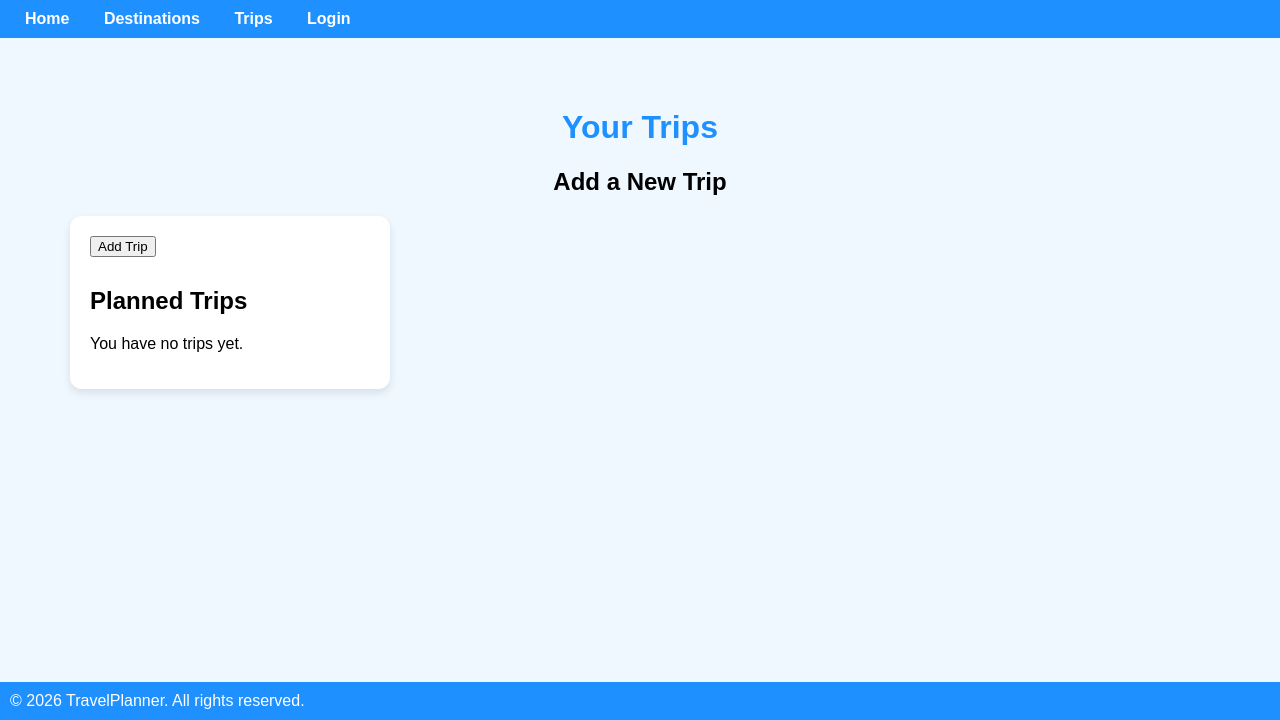
Repository: OCEANIC7/GROUP9
Page: travelplanner/planner/templates/planner/trips.html
The author's editor kept a copy of each file at every save. The page is drawn from the files as they stood at one save, then again after a run of saves.
The browser window is 1280 px wide. The pictures show the whole page.
The template is drawn by Django 5.2. The application's start-up code is not run. Other server files are loaded and not shown. The template is opened directly, without the code that normally fills it, so the values that code supplies are empty.

Above is the page before, as saved 2026-02-03 02:43:33.

### travelplanner/planner/templates/planner/trips.html
{% extends 'planner/base.html' %}

{% block title %}Trips - TravelPlanner{% endblock %}

{% block content %}
<h1>Your Trips</h1>

<h2>Add a New Trip</h2>
<div class="trip-card" style="max-width:400px; margin:20px">
<form method="POST" style="margin-bottom:30px;">
    {% csrf_token %}
    {{ form.as_p }}
    <button type="submit" class="button">Add Trip</button>
</form>

<h2>Planned Trips</h2>

{% if trips %}
<div class="card-container">
    {% for trip in trips %}
    <div class="trip-card">
        <h3>📍 {{ trip.destination.name }}</h3>

        <div class="trip-dates">
            🗓 {{ trip.start_date|date:"M d, Y" }}
            →
            {{ trip.end_date|date:"M d, Y" }}
        </div>

        {% if trip.notes %}
        <p>📝 {{ trip.notes|truncatewords:15 }}</p>
        {% endif %}

        <div class="trip-actions">
            <a href="{% url 'edit_trip' trip.id %}" class="edit">✏️ Edit</a>
            <a href="{% url 'delete_trip' trip.id %}" class="delete">🗑️ Delete</a>
        </div>
    </div>
    {% endfor %}
</div>
{% else %}
<p>You have no trips yet.</p>
{% endif %}

</div>
{% endblock %}

### travelplanner/planner/templates/planner/base.html
<!DOCTYPE html>
<html lang="en">
<head>
    <meta charset="UTF-8">
    <meta name="viewport" content="width=device-width, initial-scale=1.0">
    <title>{% block title %}TravelPlanner{% endblock %}</title>
    <style>
        body { font-family: Arial, sans-serif; background-color: #f0f8ff; margin: 0; padding: 0; }
        nav { background-color: #1e90ff; padding: 10px; }
        nav a { color: #fff; text-decoration: none; margin: 0 15px; font-weight: bold; }
        nav a:hover { color: #ffd700; }
        .container { padding: 50px; text-align: center; }
        h1 { color: #1e90ff; }
        footer { background-color: #1e90ff; color: #fff; padding: 10px; position: fixed; bottom: 0; width: 100%; }
        a.button { text-decoration: none; color: #fff; background-color: #1e90ff; padding: 10px 20px; border-radius: 5px; }
        a.button:hover { background-color: #104e8b; }

        .card-container {
    display: flex;
    flex-wrap: wrap;
    gap: 20px;
    justify-content: center;
}

.trip-card {
    background: white;
    width: 280px;
    padding: 20px;
    border-radius: 12px;
    box-shadow: 0 4px 8px rgba(0,0,0,0.1);
    text-align: left;
}

.trip-card h3 {
    margin-top: 0;
    color: #1e90ff;
}

.trip-dates {
    font-size: 14px;
    color: #555;
    margin-bottom: 10px;
}

.trip-actions a {
    margin-right: 10px;
    text-decoration: none;
    font-weight: bold;
}

.trip-actions a.edit {
    color: green;
}

.trip-actions a.delete {
    color: red;
}

    </style>
</head>
<body>
    <nav>
        <a href="{% url 'home' %}">Home</a>
        <a href="{% url 'destinations' %}">Destinations</a>
        <a href="{% url 'trips' %}">Trips</a>
        <a href="{% url 'login' %}">Login</a>
    </nav>
    <div class="container">
        {% block content %}{% endblock %}
    </div>
    <footer>
        &copy; 2026 TravelPlanner. All rights reserved.
    </footer>
</body>
</html>

After the next 2 saves:
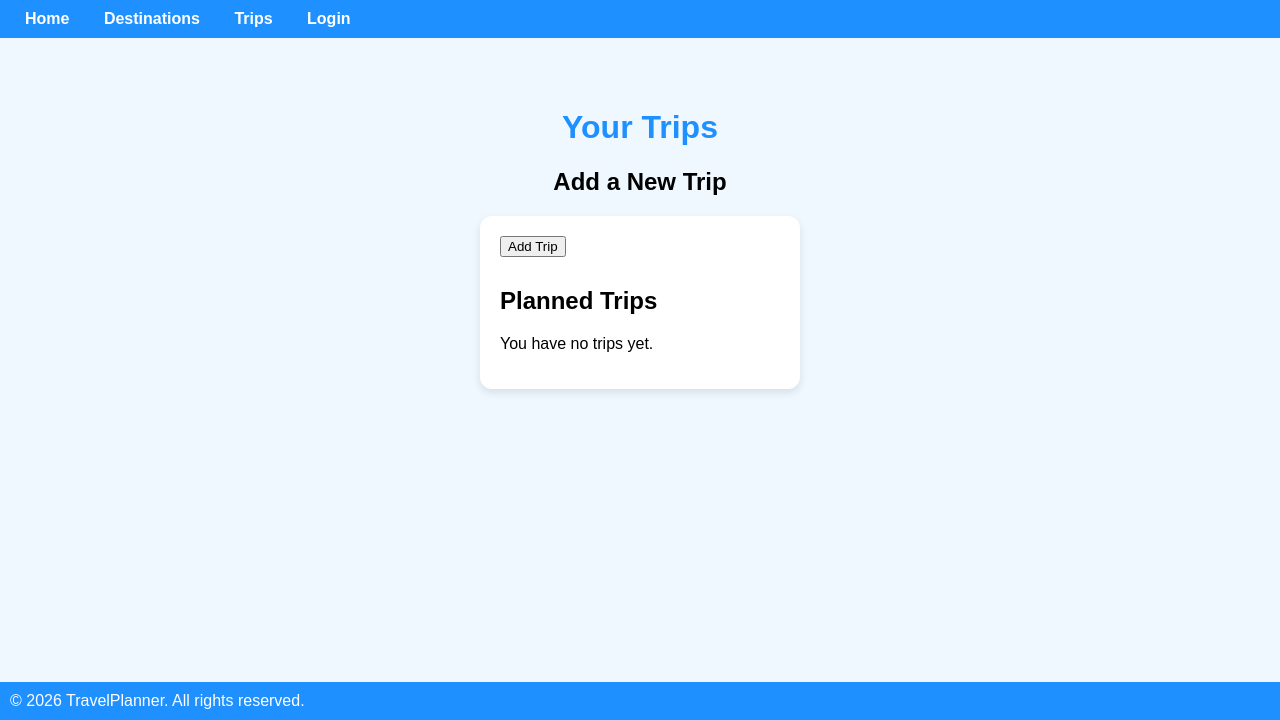
The 2 saves are shown as one change because they came seconds apart.
The last was saved 7 s later.
--- a/travelplanner/planner/templates/planner/trips.html
+++ b/travelplanner/planner/templates/planner/trips.html
@@ -6,7 +6,7 @@
 <h1>Your Trips</h1>
 
 <h2>Add a New Trip</h2>
-<div class="trip-card" style="max-width:400px; margin:20px">
+<div class="trip-card" style="max-width:400px; margin:auto;">
 <form method="POST" style="margin-bottom:30px;">
     {% csrf_token %}
     {{ form.as_p }}
